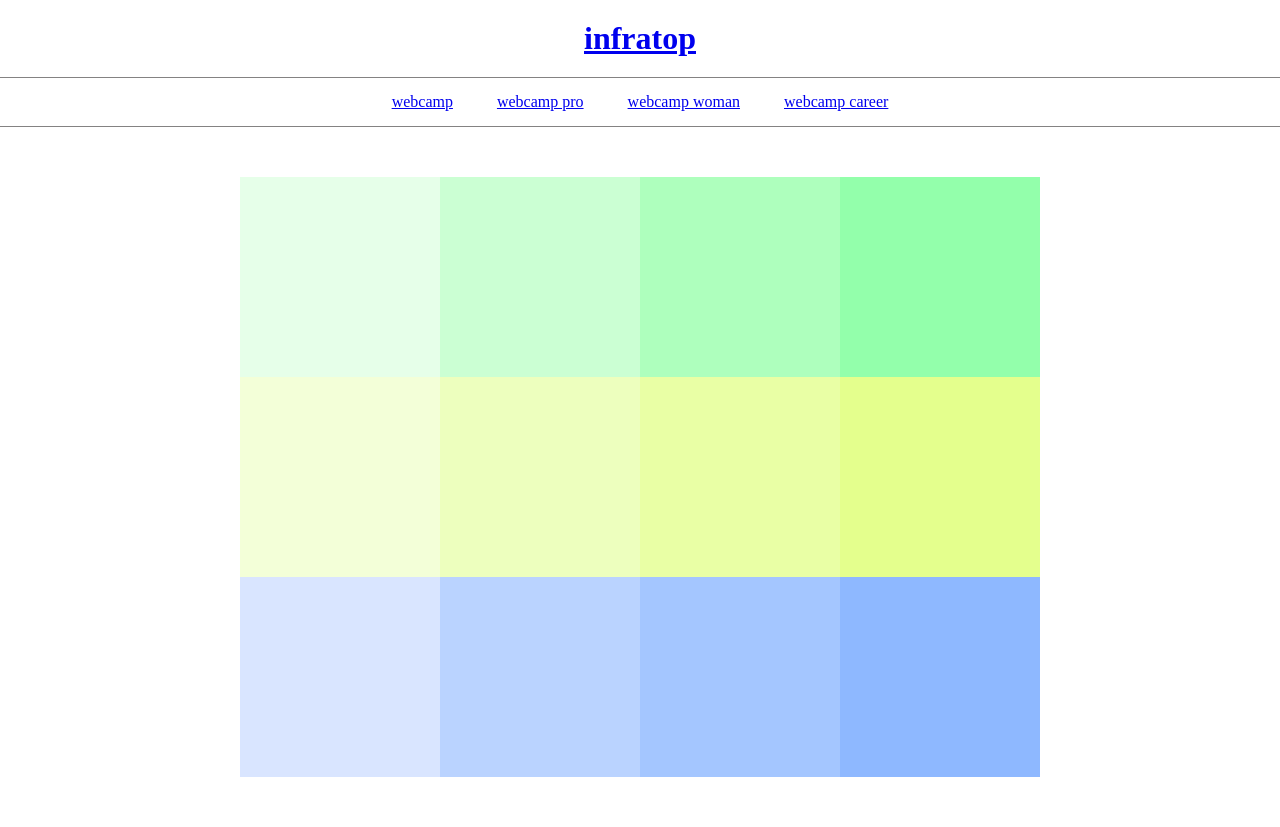
Repository: NANAKUNITA/chapter10
Page: chapter5/chapter5.html
The author's editor kept a record of every edit. The page is drawn from the files as they stood at one moment, then again after the next edit.
The browser window is 1280 px wide. The pictures show the whole page.

Above is the page before.

After the next edit:
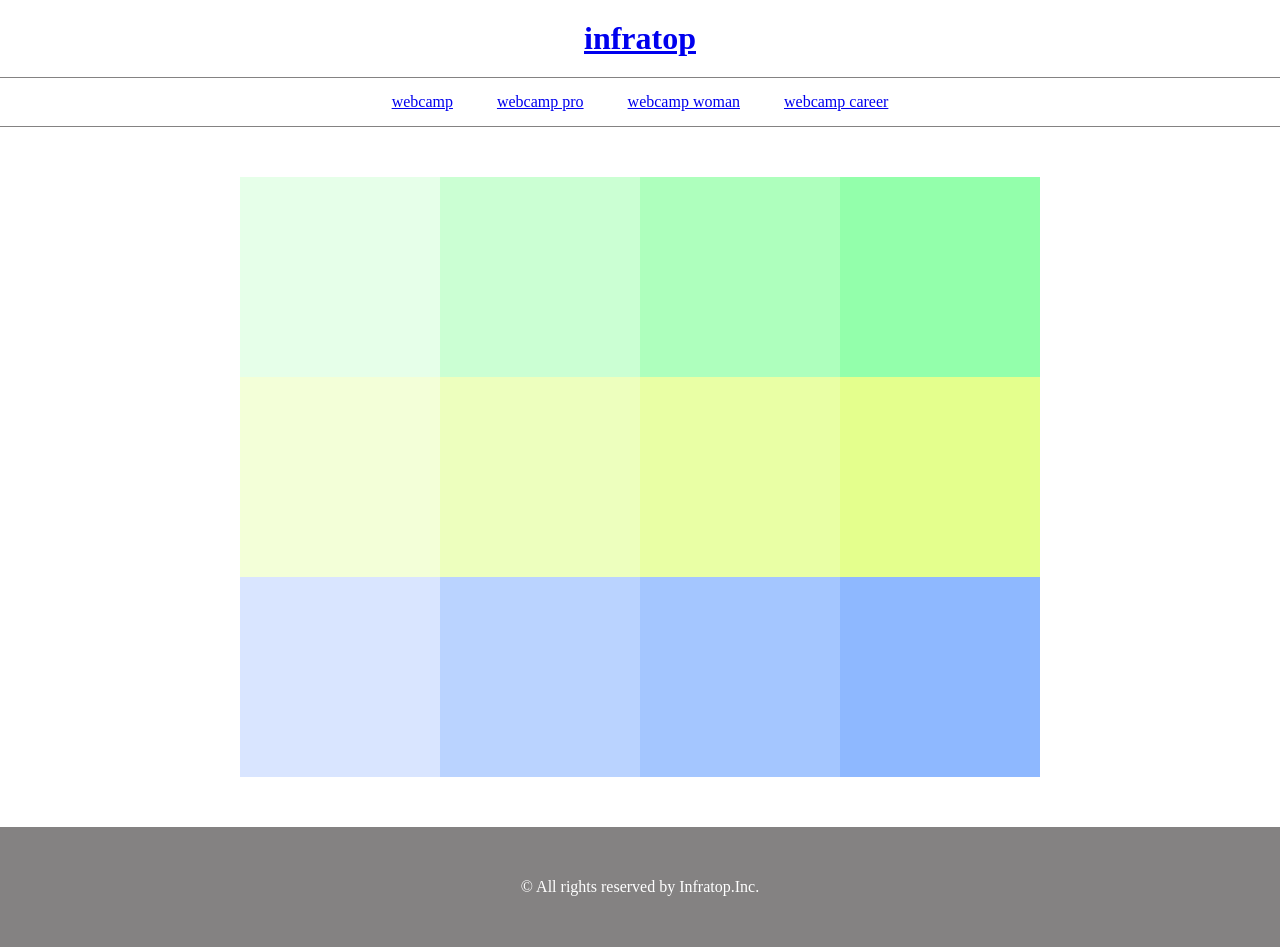
The edit:
--- a/chapter5/chapter5.html
+++ b/chapter5/chapter5.html
@@ -44,5 +44,8 @@
    <div class="box11"></div>
    <div class="box12"></div>
    </div>
+  <footer>
+    <p class="footer-text">© All rights reserved by Infratop.Inc.</p>
+  </footer>
   </body>
 </html>
